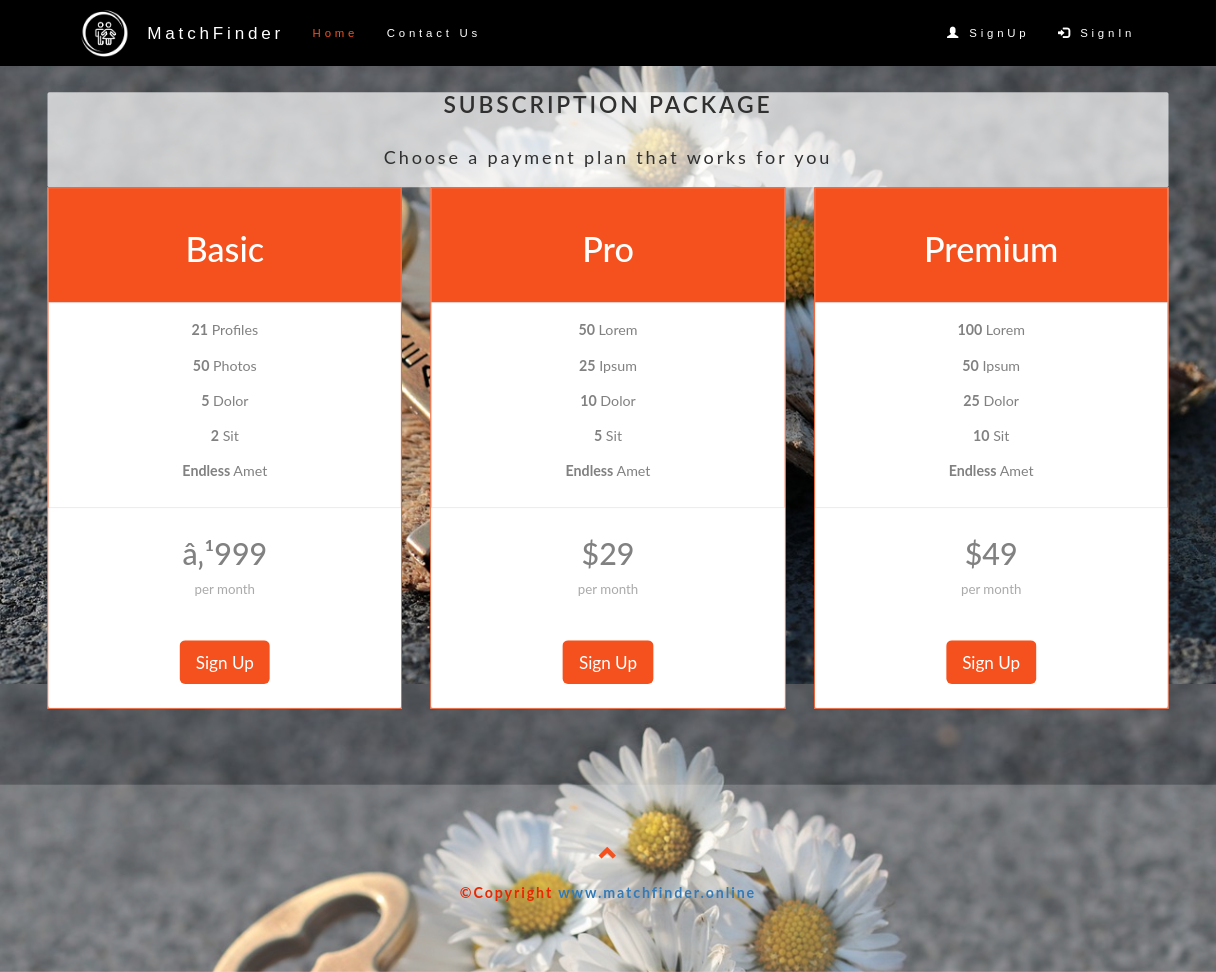
Repository: vibhu95/MatchFinder
Page: http://localhost/MatchFinder/package.jsp
These files come from the project's save history. The page is drawn as it stood at one moment and after the next save; the edit follows.
The browser window is 1280 px wide. The pictures show the whole page, at 95% of full size.
Backgrounds fixed to the window are drawn as part of the page. Some web libraries are served in a nearby version. The page is served by Tomcat 9.

Above is the page before, as saved 2018-01-31 19:46:53.

After the next save:
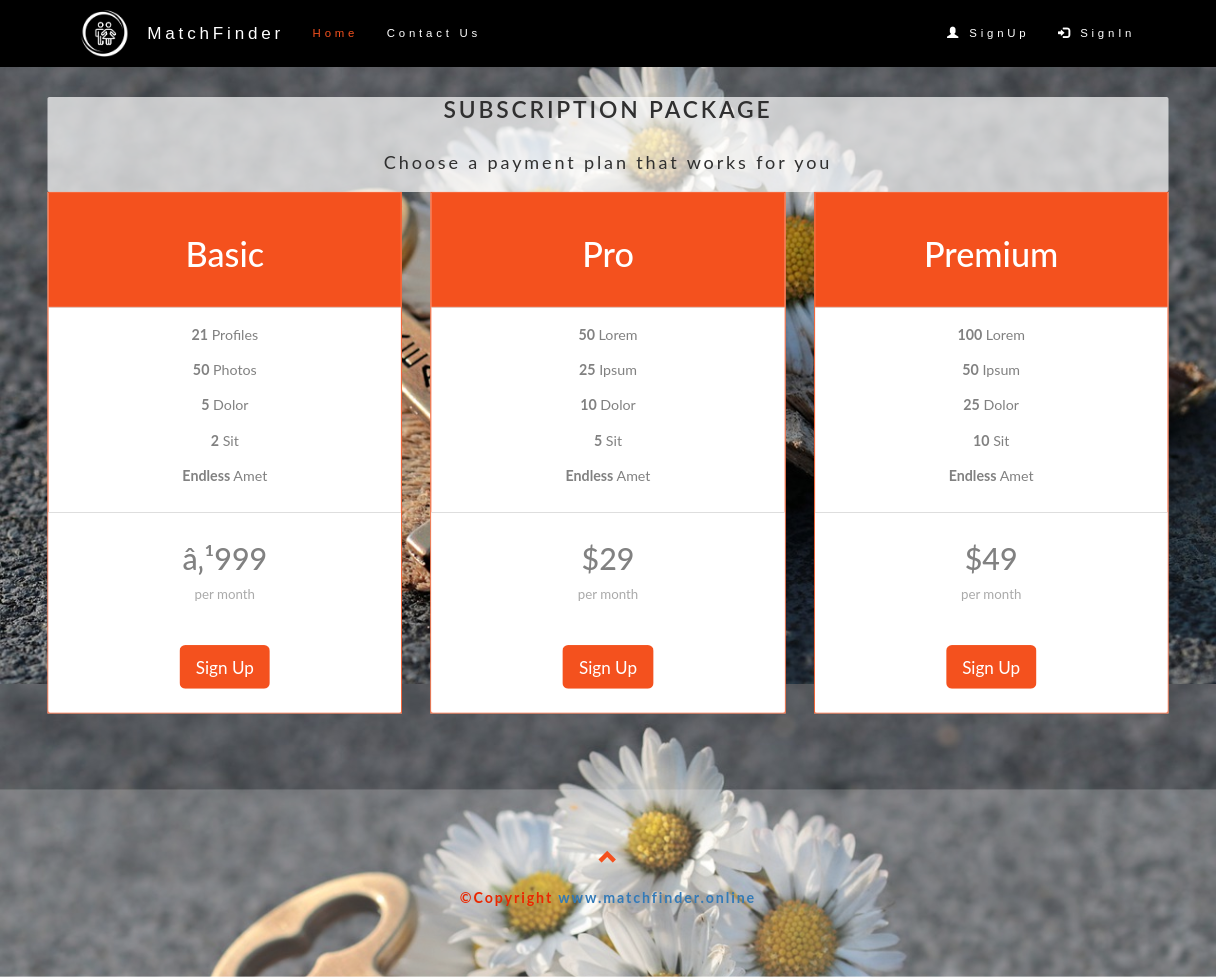
Saved 48 s later.
--- a/workspace/MatchFinder/WebContent/package.jsp
+++ b/workspace/MatchFinder/WebContent/package.jsp
@@ -8,7 +8,7 @@
 <!-- Container (Pricing Section) -->
 <div id="pricing" class="container-fluid">
   <div style="background-color: rgba(255,255,255,0.7); border-radius:2px; height:100px; letter-spacing:3px" class="text-center">
-    <h2 style=" margin-top:10px">Subscription Package</h2>
+    <h2 style="margin-top:15px">Subscription Package</h2>
     <h4>Choose a payment plan that works for you</h4>
   </div>
   <div class="row slideanim">

After the save that followed:
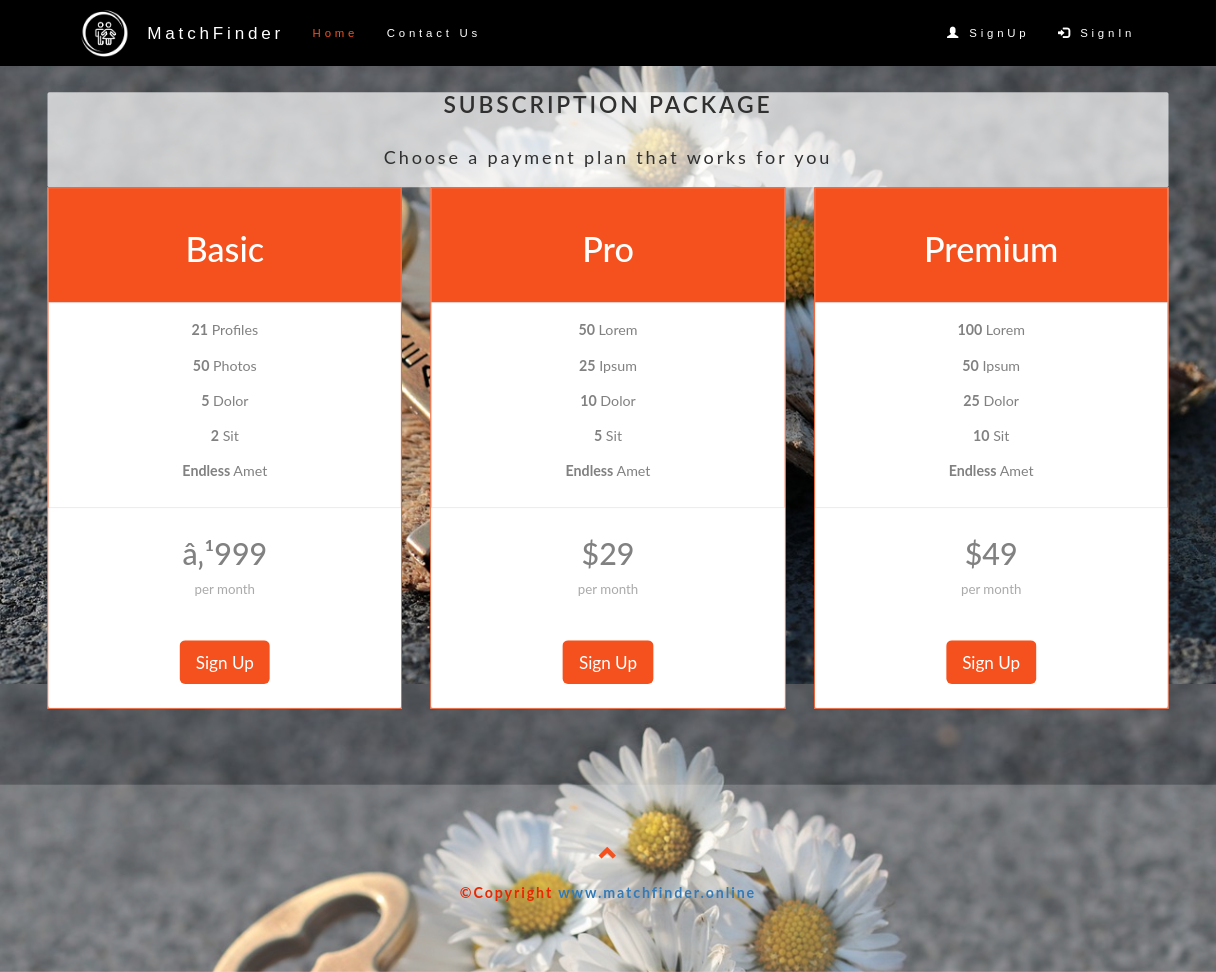
Saved 6 s later.
--- a/workspace/MatchFinder/WebContent/package.jsp
+++ b/workspace/MatchFinder/WebContent/package.jsp
@@ -8,7 +8,7 @@
 <!-- Container (Pricing Section) -->
 <div id="pricing" class="container-fluid">
   <div style="background-color: rgba(255,255,255,0.7); border-radius:2px; height:100px; letter-spacing:3px" class="text-center">
-    <h2 style="margin-top:15px">Subscription Package</h2>
+    <h2 style="margin-top:10px">Subscription Package</h2>
     <h4>Choose a payment plan that works for you</h4>
   </div>
   <div class="row slideanim">
